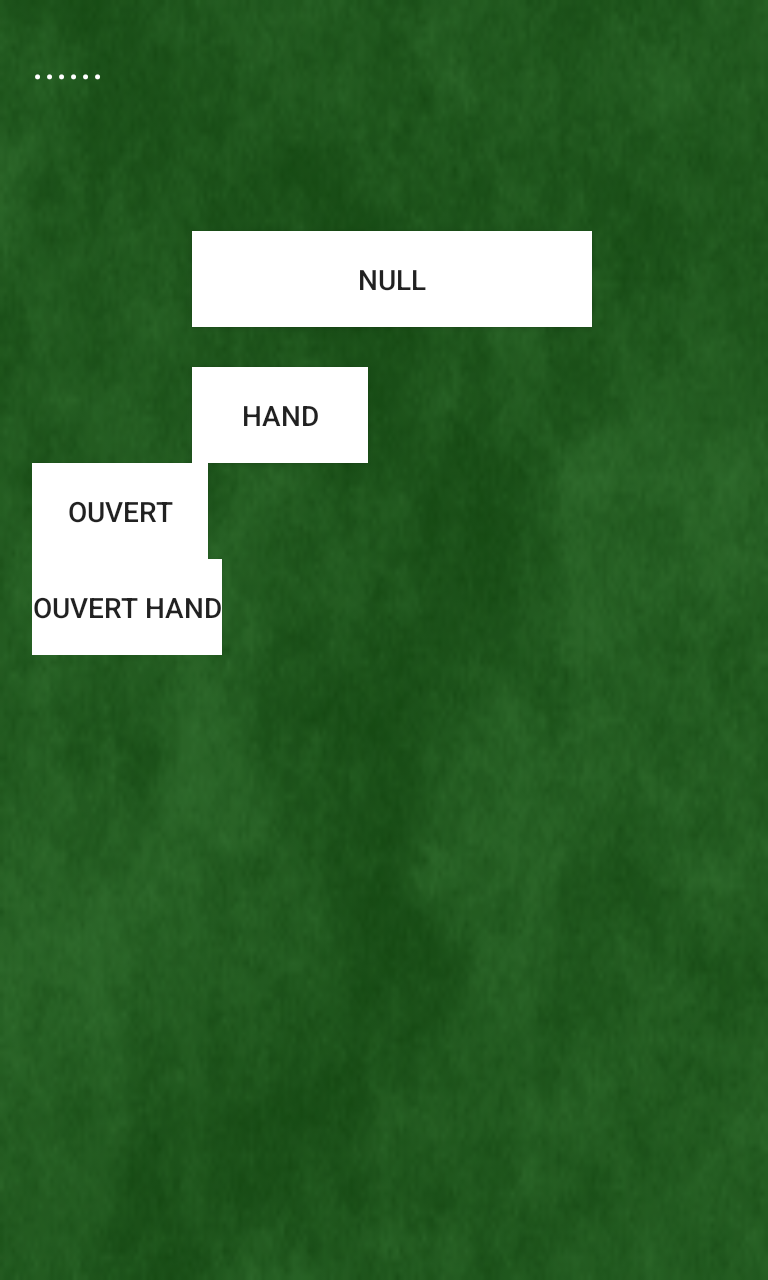
Repository: razinanu/InSy-Skat
Layout: InSy-Skat/res/layout/fragment_null_s.xml
These files come from the project's save history. The layout is drawn as it stood at one moment and after the next save; the edit follows.
It is drawn on a 768 x 1280 px phone screen (xhdpi) without system bars, with theme AppThemeWithoutActionBarTitle; the app's code is not run.

Above is the layout before, as saved 2014-06-21 19:08:58.

### InSy-Skat/res/layout/fragment_null_s.xml
<ScrollView xmlns:android="http://schemas.android.com/apk/res/android"
    xmlns:tools="http://schemas.android.com/tools"
    android:layout_width="match_parent"
    android:layout_height="match_parent"
    android:paddingBottom="@dimen/activity_vertical_margin"
    android:paddingLeft="@dimen/activity_horizontal_margin"
    android:paddingRight="@dimen/activity_horizontal_margin"
    android:paddingTop="@dimen/activity_vertical_margin"
    android:background="@drawable/hintergrundapp"
    tools:context="com.example.insy_skat.NullSPActivity$PlaceholderFragment" >


        <LinearLayout
            android:layout_width="match_parent"
            android:layout_height="wrap_content"
            android:orientation="vertical" >

            <TextView
                android:id="@+id/bubenAuswahlText"
                android:layout_width="wrap_content"
                android:layout_height="wrap_content"
                android:text="@string/nullspiel"
                android:textAppearance="?android:attr/textAppearanceLarge"
                android:textColor="#ffffff" />

            <Button
                android:id="@+id/nullsp"
                android:layout_width="200dp"
                android:layout_height="wrap_content"
                android:text="@string/nullString"
                android:gravity="center"
                android:layout_marginTop="70dp"
                android:layout_marginLeft="80dp"
                android:background="#ffffff" />

             <Button
                 android:id="@+id/nullH"
                 android:layout_width="wrap_content"
                 android:layout_height="wrap_content"
                  android:layout_marginTop="20dp"
                android:layout_marginLeft="80dp"
                 android:text="@string/nullH"
                 android:background="#ffffff" />

             <Button
                 android:id="@+id/nullou"
                 android:layout_width="wrap_content"
                 android:layout_height="wrap_content"
                 android:text="@string/nullou"
                 android:background="#ffffff" />

             <Button
                 android:id="@+id/nullouH"
                 android:layout_width="wrap_content"
                 android:layout_height="wrap_content"
                 android:text="@string/nullouH"
                 android:background="#ffffff" />

        </LinearLayout>


</ScrollView>

### InSy-Skat/res/values/strings.xml
<?xml version="1.0" encoding="utf-8"?>
<resources>

    <string name="app_name">Reizassistent</string>
    <string name="action_settings">Settings</string>
    <string name="zurueck">Zurück</string>
    <string name="weiter">Weiter</string>
    <string name="menue">Menü</string>
    <string name="abbrechen">Beenden</string>
    <string name="farbspielGrand">Farbspiel/Grand</string>
    <string name="nullString">Null</string>
    <string name="grand">Grand</string>
    <string name="reizassistent">Reizassistent</string>
    <string name="bubenAuswaehlen">Buben Auswählen</string>
    <string name="farbenAuswahl">Farben Auswählen</string>
    <string name="reizenTabelle">Reiztabelle</string>
    <string name="title_activity_selected_soldiers">SelectedSoldiers</string>
    <string name="title_activity_farben_auswahl">FarbenAuswahl</string>
    <string name="title_activity_result">ResultActivity</string>
    <string name="info_title">Zusätzliche Informationen</string>
    <string name="home_title">Hauptmenü</string>
    <string name="title_activity_null_sp">NullSPActivity</string>
    <string name="nullspiel">......</string>
     <string name="nullH">Hand</string>
     <string name="nullou">Ouvert</string>
     <string name="nullouH">Ouvert Hand</string>

</resources>

Loaded but not shown: InSy-Skat/res/values-v11/styles.xml (common file); InSy-Skat/res/values/styles.xml (common file); InSy-Skat/res/values-v14/styles.xml (common file); InSy-Skat/res/values/dimens.xml (common file); InSy-Skat/res/values-w820dp/dimens.xml (common file)

After the next save:
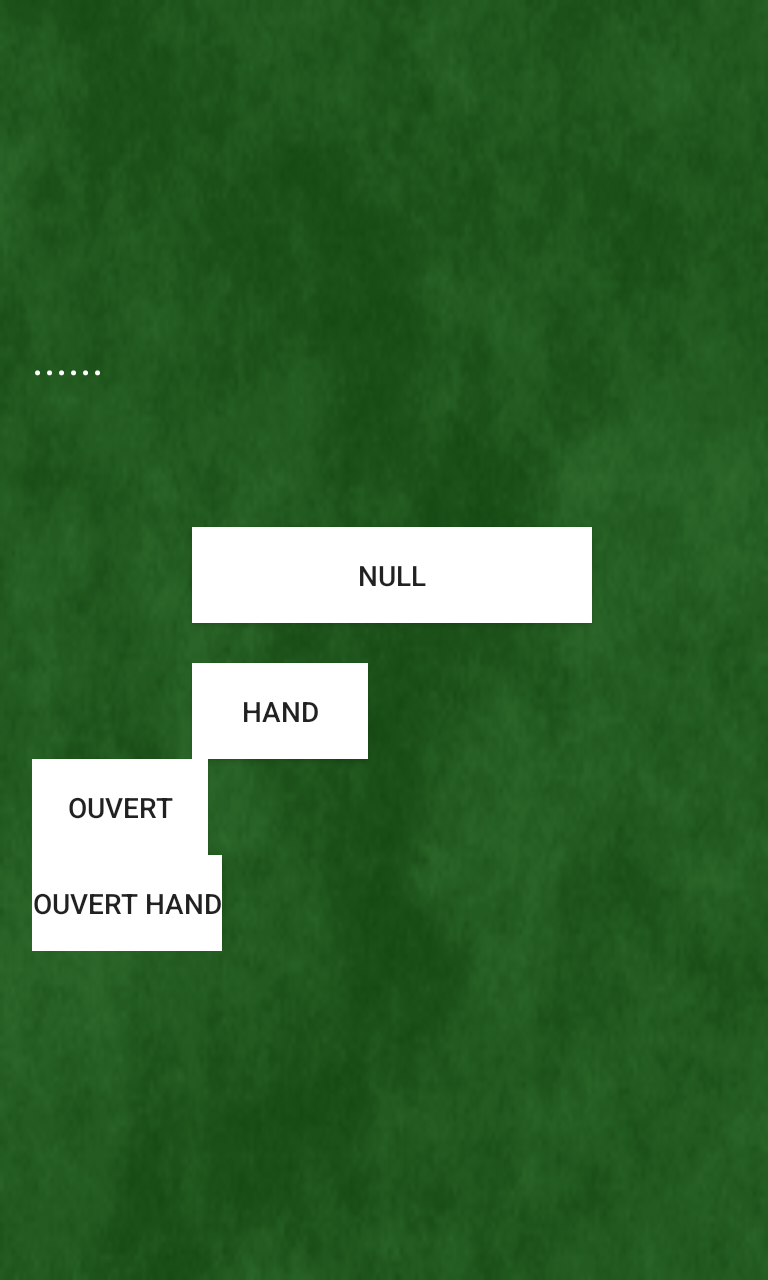
Saved 23 s later.
--- a/InSy-Skat/res/layout/fragment_null_s.xml
+++ b/InSy-Skat/res/layout/fragment_null_s.xml
@@ -13,7 +13,8 @@
         <LinearLayout
             android:layout_width="match_parent"
             android:layout_height="wrap_content"
-            android:orientation="vertical" >
+            android:orientation="vertical"
+            android:layout_gravity="center">
 
             <TextView
                 android:id="@+id/bubenAuswahlText"

After the save that followed:
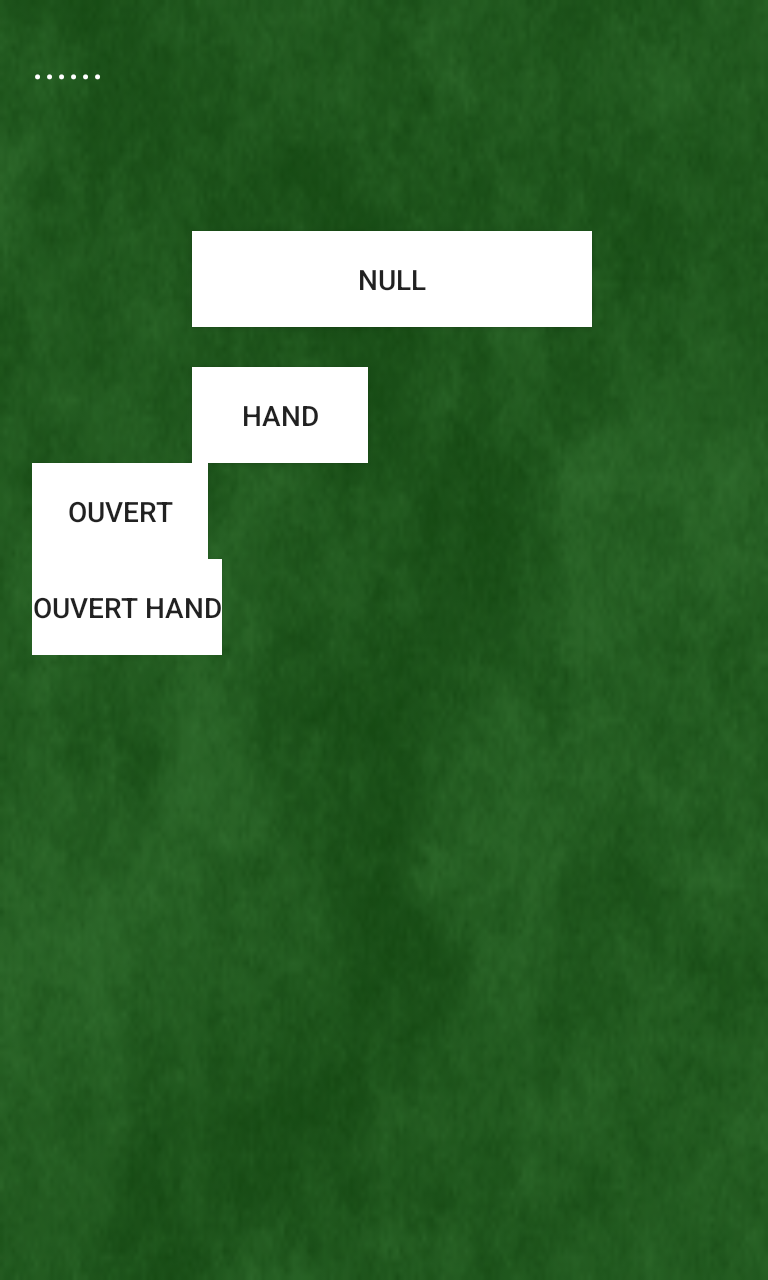
Saved 39 s later.
--- a/InSy-Skat/res/layout/fragment_null_s.xml
+++ b/InSy-Skat/res/layout/fragment_null_s.xml
@@ -14,7 +14,7 @@
             android:layout_width="match_parent"
             android:layout_height="wrap_content"
             android:orientation="vertical"
-            android:layout_gravity="center">
+           >
 
             <TextView
                 android:id="@+id/bubenAuswahlText"
